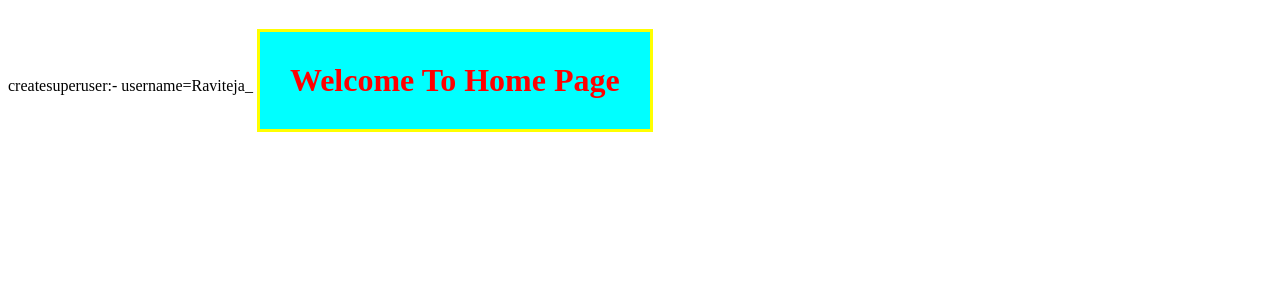
Repository: Raviteja6671/Django
Page: http://localhost/home/
These files come from the project's save history. The page is drawn as it stood at one moment and after a run of saves; the edit follows.
The browser window is 1280 px wide. The pictures show the whole page.
The page is served by the project's application, run on Django 5.2 (myProject/manage.py).

Above is the page before, as saved 2025-12-07 19:51:49.

After the next 2 saves:
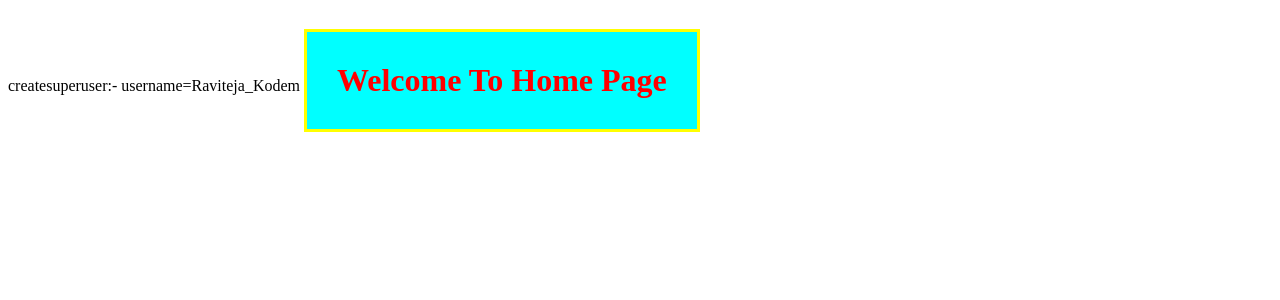
The 2 saves are shown as one change because they came seconds apart.
The last was saved 5 s later.
--- a/myProject/basic/templates/home.html
+++ b/myProject/basic/templates/home.html
@@ -14,7 +14,8 @@
         }
     </style>
     createsuperuser:-
-    username=Raviteja_
+    username=Raviteja_Kodem
+
 </head>
 <body>
     <h1>Welcome To Home Page</h1>
